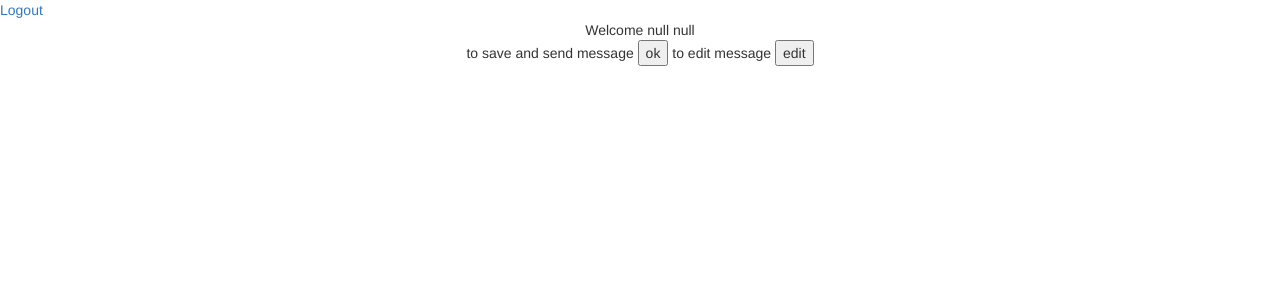
Repository: shiveshk/PullData
Page: http://localhost/Hams/message.jsp
The author's editor kept a copy of each file at every save. The page is drawn from the files as they stood at one save, then again after the next save.
The browser window is 1280 px wide. The pictures show the whole page.
The page is served by Tomcat 9. Nobody is signed in. The application's start-up code is not run.

Above is the page before, as saved 2015-11-10 11:21:00.
Console error (its wording comes from the project's code and is left out).

After the next save:
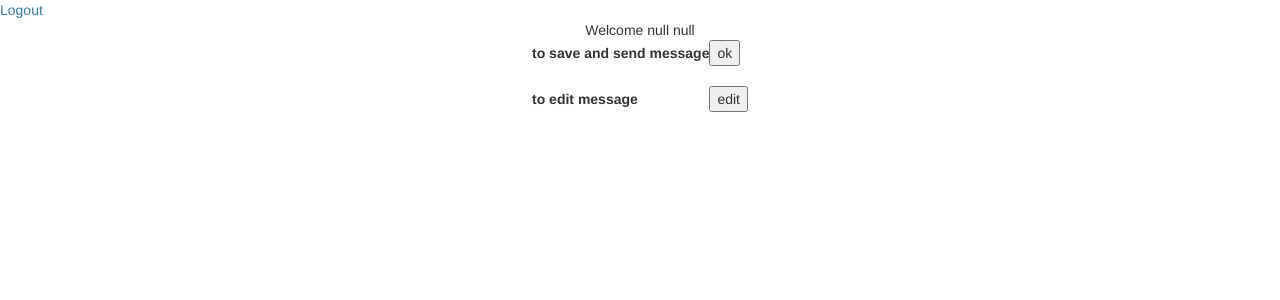
Saved 100 s later.
--- a/Hams/WebContent/message.jsp
+++ b/Hams/WebContent/message.jsp
@@ -33,10 +33,12 @@ out.println(message);
 <table >
  <tbody>
 	<tr class="row1">
-		to save and send message <input type="submit" name="act" value="ok" /><b></b>
+		<td><b>to save and send message </b></td>
+		<td><input type="submit" name="act" value="ok" /></td>
 	</tr>
 	<tr class="row2">
-		to edit message <input type="submit" name="act" value="edit" />
+		<td><b>to edit message </b></td>
+		<td><input type="submit" name="act" value="edit" /></td>
 	</tr>
 </tbody>
 </table>
